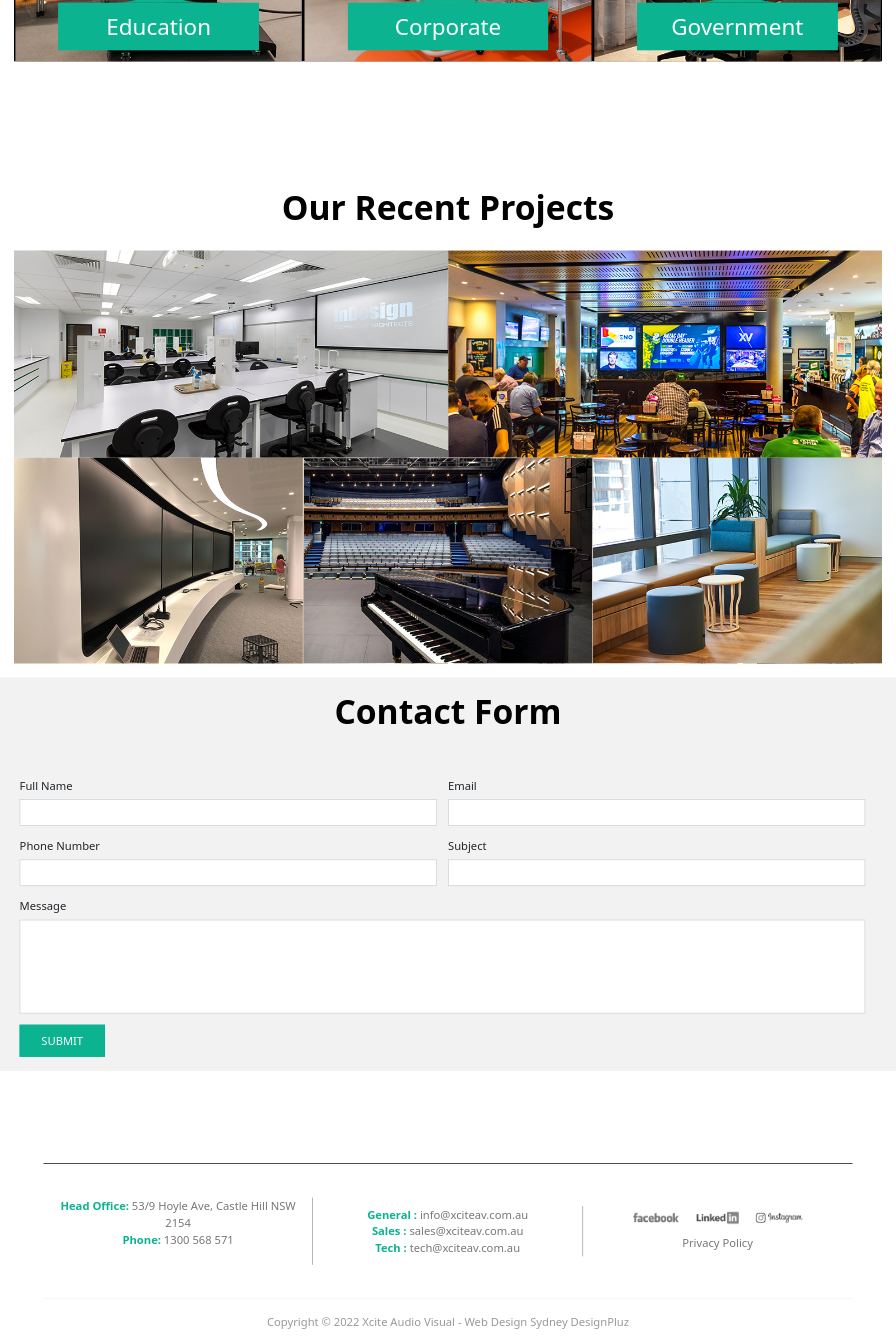
Repository: Imprasna/designplus
Page: index.html
An editor plug-in stored every save of this project. The page is shown before and after a run of saves, followed by the edit.
The browser window is 1280 px wide. The pictures show the part of the page from y = 1897 to 3817 px (the page is 3817 px tall), at 70% of full size.
Some web fonts or font styles are not loaded; a fallback is used.

Above is the page before, as saved 2022-03-17 01:53:30.

After the next 2 saves:
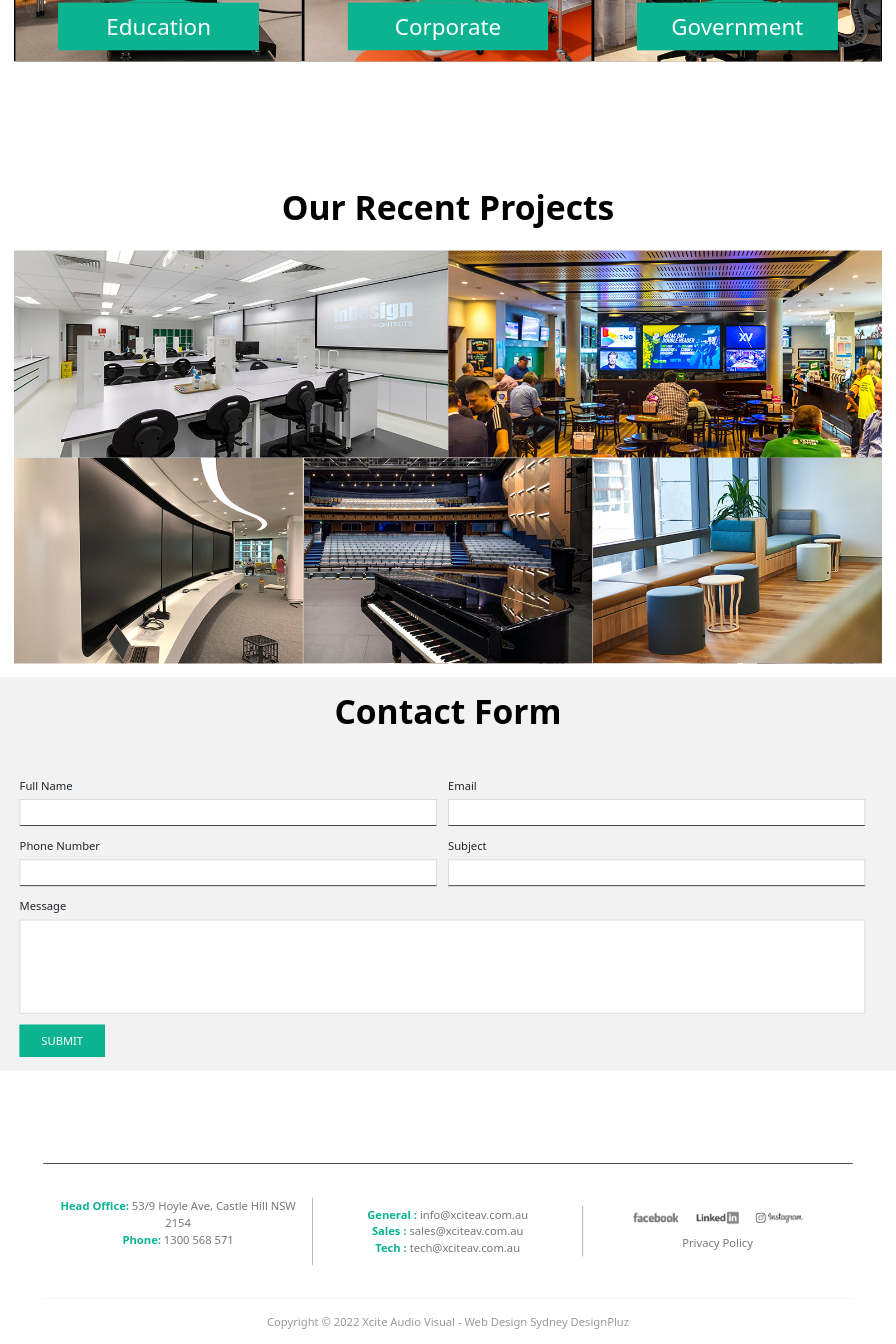
The 2 saves are shown as one change because they came seconds apart.
The last was saved 6 s later.
--- a/style.css
+++ b/style.css
@@ -254,7 +254,7 @@
 
 form.row.g-3 > .col-md-6 > input[type="text"],input[type="number"],input[type="email"] {
     border-radius: 0;
-    border-bottom: ;
+    border-bottom: 1px solid #000;
 }
 
 textarea#inputSubject {
